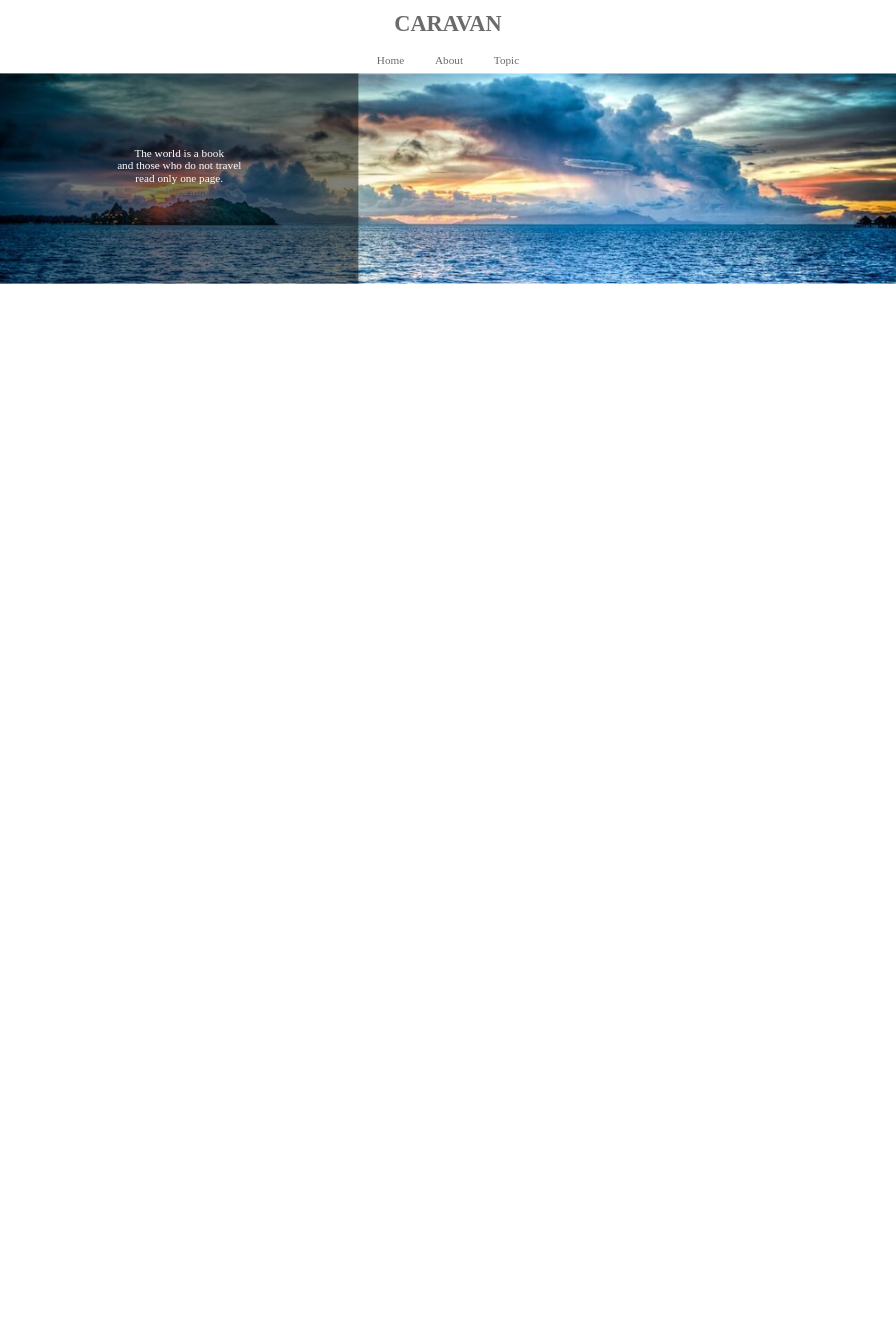
Repository: Souax/prac_20231021
Page: caravan/index.html
The author's editor kept a record of every edit. The page is drawn from the files as they stood at one moment, then again after the next edit.
The browser window is 1280 px wide. The pictures show the part of the page from y = 0 to 1920 px (the page is 3325 px tall before and 1925 px after), at 70% of full size.

Above is the page before.

### caravan/index.html
<!DOCTYPE html>
<html lang="ja">
  <head>
    <meta charset="UTF-8">
    <link rel="stylesheet" href="style.css">
    <title>CARAVAN</title>
  </head>

  <body>
    <header>
      <h1 class="heading">
        <a href="index.html">
        CARAVAN
        </a>
      </h1>
    </header>

    <nav>
      <ul class="nav-list">
        <li class="nav-list-item">
          <a href="index.html">Home</a>
        </li>
        <li class="nav-list-item">About</li>
        <li class="nav-list-item">Topic</li>
      </ul>
    </nav>

    <div class="main-visual">
      <div class="main-visual-content">
        <p class="main-visual-text">
          The world is a book <br />
          and those who do not travel<br />
          read only one page.
        </p>
        <p class="main-visual-name">
          St. Augustine
        </p>
      </div>
    </div>

    <div class="main">
      <div class="blog"></div>
      <div class="saidebar"></div>
      </div>

      <footer>
        <p class="footer-text">© All rights reserved by Infratop.Inc.</p>
      </footer>
      </body>
      </html>

### caravan/style.css
*{
  margin:0;
  padding:0;
  box-sizing:border-box;
  color:#6c6b6b;
}

a{
  text-decoration:none;
}

header{
  width:90%;
  padding:15px 0;
  margin:0 auto;
  text-align:center;
}

header .heading{
  font-size:32px;
}

.nav-list{
  text-align:center;
  padding:10px 0;
  margin:0 auto;
}

.nav-list-item{
  list-style: none;
  display:inline-block;
  margin:0 20px;
}

.main-visual{
  width:100%;
  height:300px;
  background-image:url(img/mv.jpg);
  background-size:cover;
  background-position:center;
}

.main-visual-content{
  width:40%;
  height:300px;
  background-color:rgba(0,0,0,0.5);
  text-align:center;
  padding-top:105px;
}

.main-visual-text{
  color:#fff;
}

main
.main{
  width:840px;
  height:1400px;
  display:flex;
  justify-content:center;
  margin:0 auto;
}

.blog{
  width:600px;
  height:1400px;
}

.saidebar{
  width:240px;
  height:1400px;
}

footer{
  width:100%;
  height:120px;
  text-align:center;
  line-height:120px;
  background-color:#848282;
}

.footer-text{
  color:#fff;
}

After the next edit:
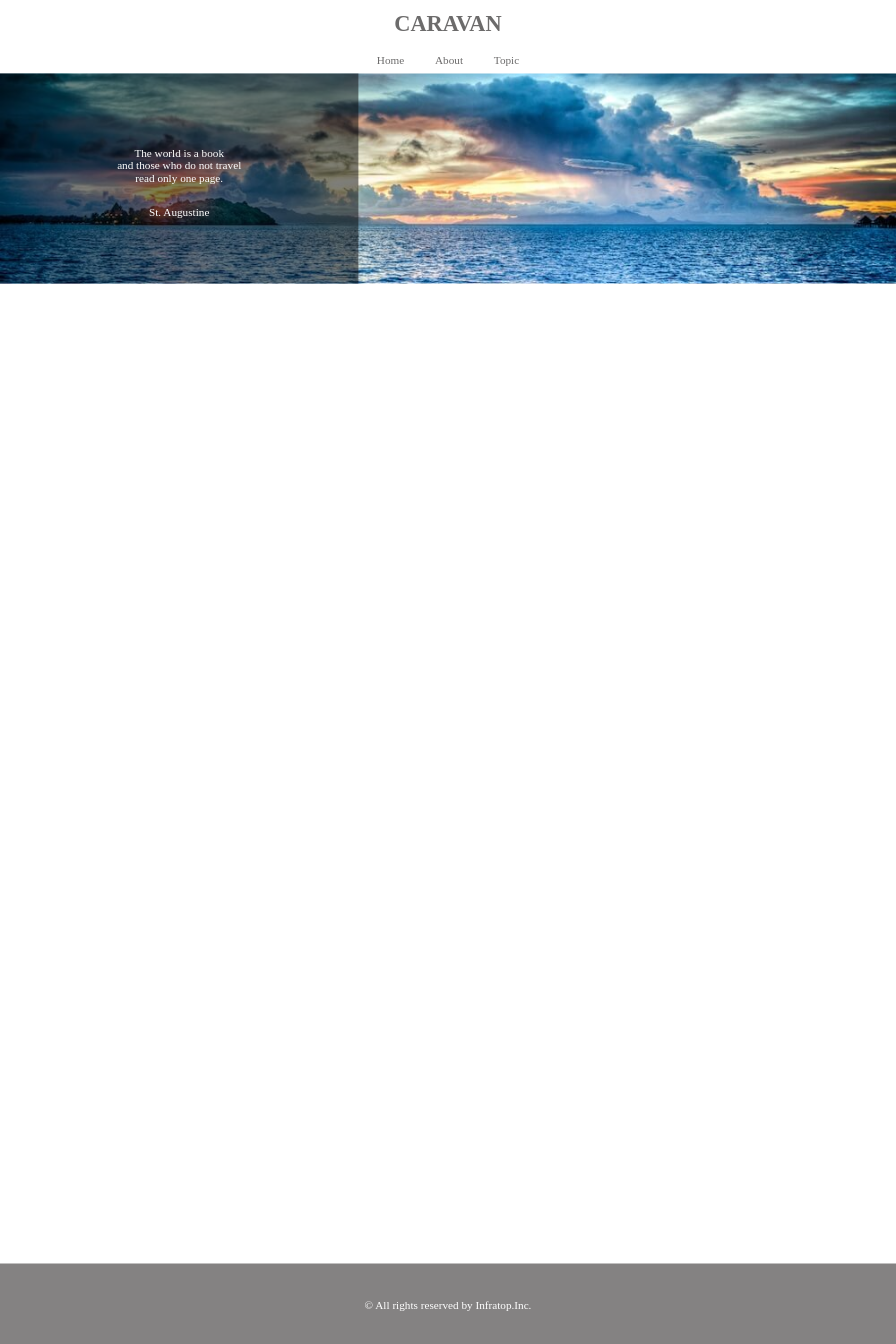
The edit:
--- a/caravan/style.css
+++ b/caravan/style.css
@@ -52,7 +52,10 @@
   color:#fff;
 }
 
-main
+.main-visual-name{
+  margin-top:30px;
+  color:#fff;
+}
 .main{
   width:840px;
   height:1400px;
